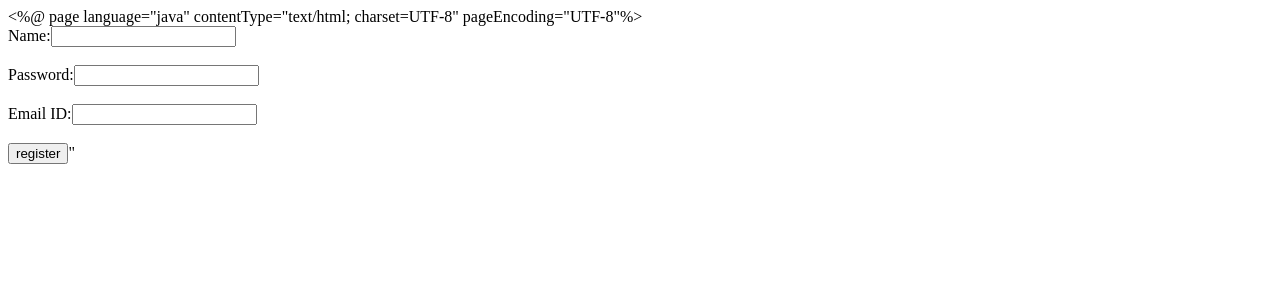
Repository: rahmankashfia/java-practise-eclipes
Page: reg-hb-web-intg/WebContent/META-INF/index.html
An editor plug-in stored every save of this project. The page is shown before and after the next save, followed by the edit.
The browser window is 1280 px wide. The pictures show the whole page.

Above is the page before, as saved 2020-01-22 19:13:43.

### reg-hb-web-intg/WebContent/META-INF/index.html
<%@ page language="java" contentType="text/html; charset=UTF-8"
    pageEncoding="UTF-8"%>
<form action="register.jsp" method="post">
Name:<input type="text" name="name"/><br><br/>
Password:<input type="password" name="password"/><br><br/>
Email ID:<input type="text" name="email"/><br><br/>
<input type="submit" value="register"/>"
</form>

After the next save:
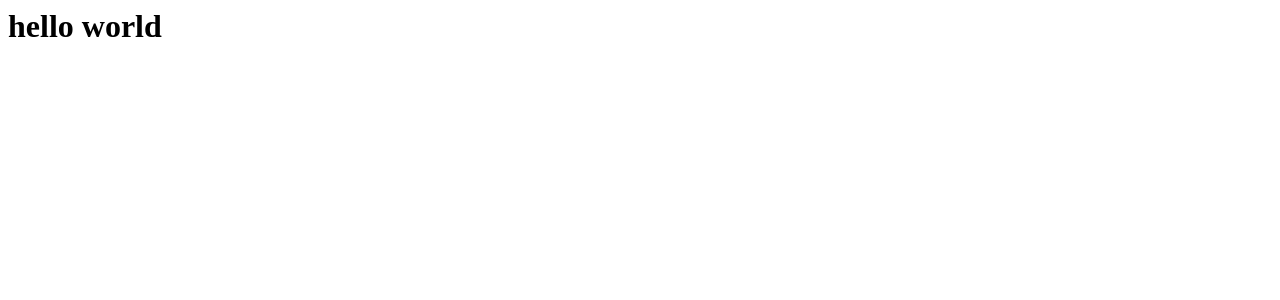
Saved 100 min 7 s later.
--- a/reg-hb-web-intg/WebContent/META-INF/index.html
+++ b/reg-hb-web-intg/WebContent/META-INF/index.html
@@ -1,8 +1,6 @@
-<%@ page language="java" contentType="text/html; charset=UTF-8"
-    pageEncoding="UTF-8"%>
-<form action="register.jsp" method="post">
-Name:<input type="text" name="name"/><br><br/>
-Password:<input type="password" name="password"/><br><br/>
-Email ID:<input type="text" name="email"/><br><br/>
-<input type="submit" value="register"/>"
-</form>
+<html>
+<title></title>
+<body>
+	<h1>hello world</h1>
+</body>
+</html>
